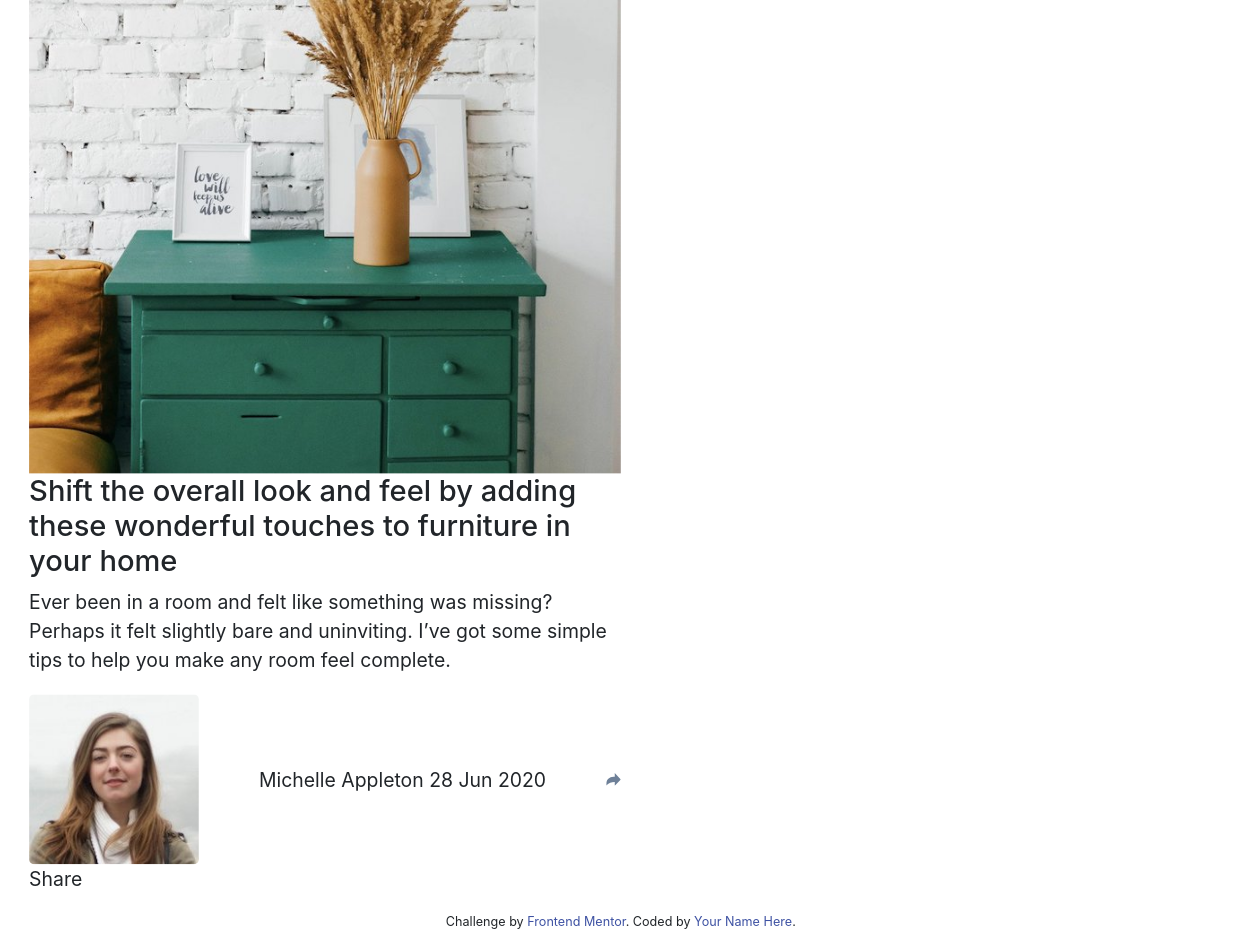
Repository: timiodulate/Article-Preview-Component
Page: index.html
An editor plug-in stored every save of this project. The page is shown before and after the next save, followed by the edit.
The browser window is 1280 px wide. The pictures show the whole page, at 97% of full size.

Above is the page before, as saved 2020-07-11 11:21:15.

After the next save:
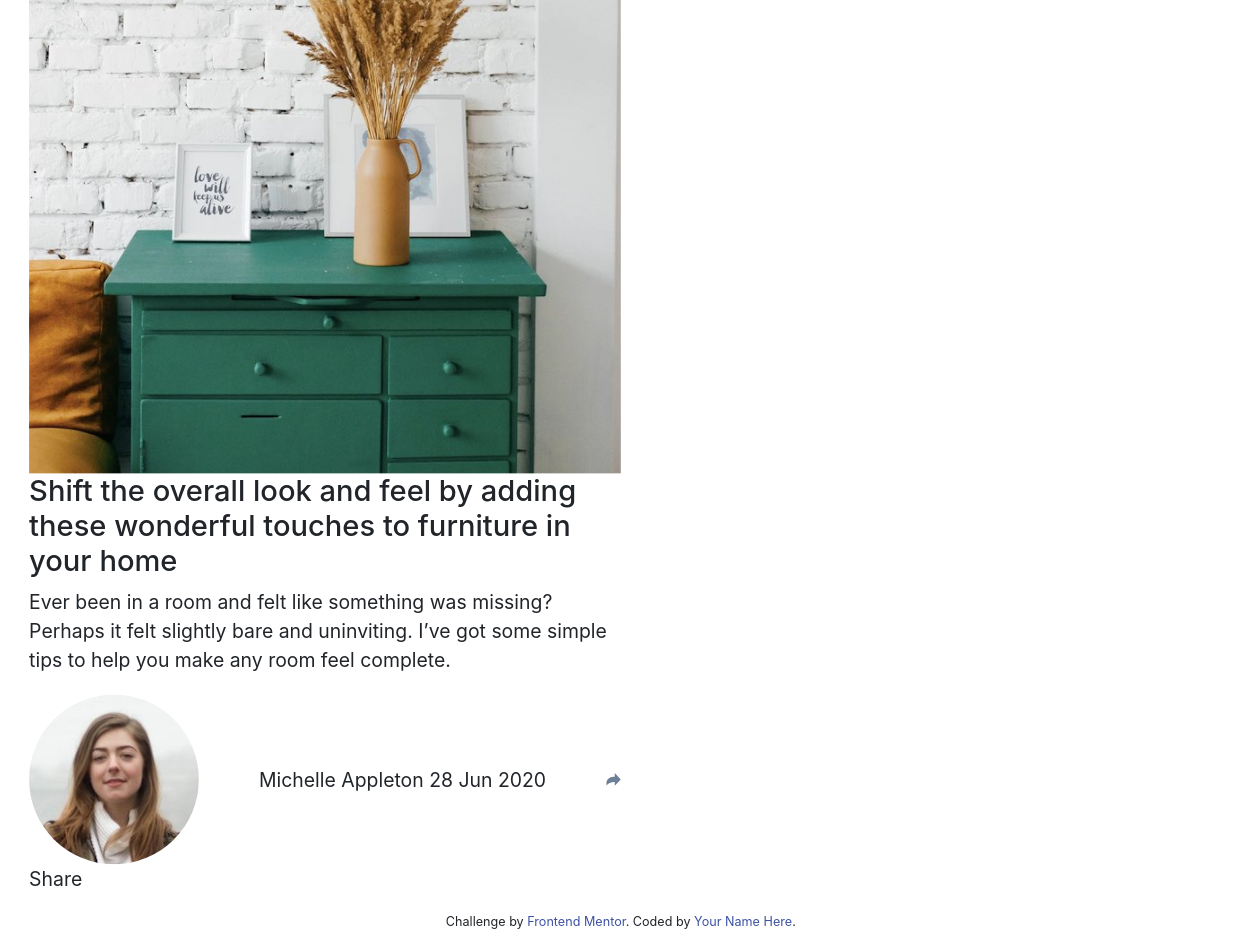
Saved 21 s later.
--- a/index.html
+++ b/index.html
@@ -37,7 +37,7 @@
         </p>
         <div class="userDetails d-flex justify-content-between align-items-center">
 
-          <img src="./images/avatar-michelle.jpg" alt="" class="rounded">
+          <img src="./images/avatar-michelle.jpg" alt="" class="rounded-circle">
           <div class="nameDate">
             Michelle Appleton
             28 Jun 2020
